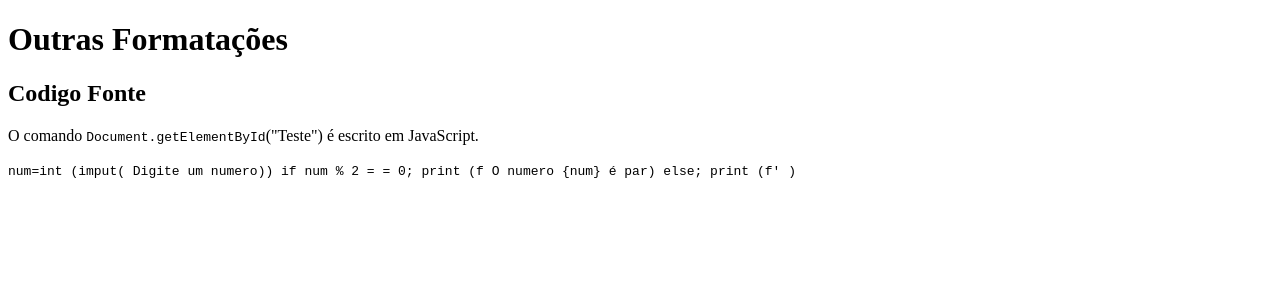
Repository: Guillermomarcon/exercicios
Page: ex009/index.html
An editor plug-in stored every save of this project. The page is shown before and after the next save, followed by the edit.
The browser window is 1280 px wide. The pictures show the whole page.

Above is the page before, as saved 2020-12-10 01:28:55.

### ex009/index.html
<!DOCTYPE html>
<html lang="pt-br">
<head>
    <meta charset="UTF-8">
    <meta name="viewport" content="width=device-width, initial-scale=1.0">
    <title>Outras Formatações</title>
</head>
<body>
    <h1>Outras Formatações</h1>
    <h2>Codigo Fonte</h2>
    <p>O comando <code>Document.getElementById</code>("Teste") é escrito em JavaScript.</p>
    <p>
        <code>
            num=int (imput( Digite um numero))
            if num % 2 = = 0;
            print (f O numero {num} é par)
            else;
            print (f' )
        </code>
    </p>


</body>
</html>

After the next save:
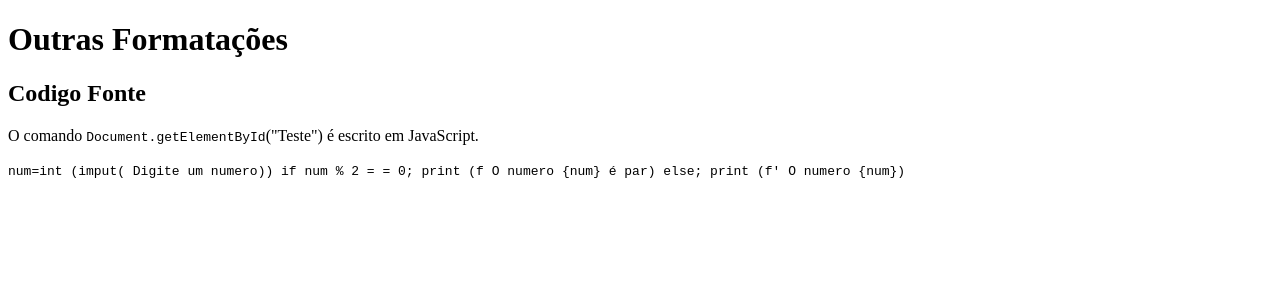
Saved 5 s later.
--- a/ex009/index.html
+++ b/ex009/index.html
@@ -15,7 +15,7 @@
             if num % 2 = = 0;
             print (f O numero {num} é par)
             else;
-            print (f' )
+            print (f' O numero {num})
         </code>
     </p>
 
